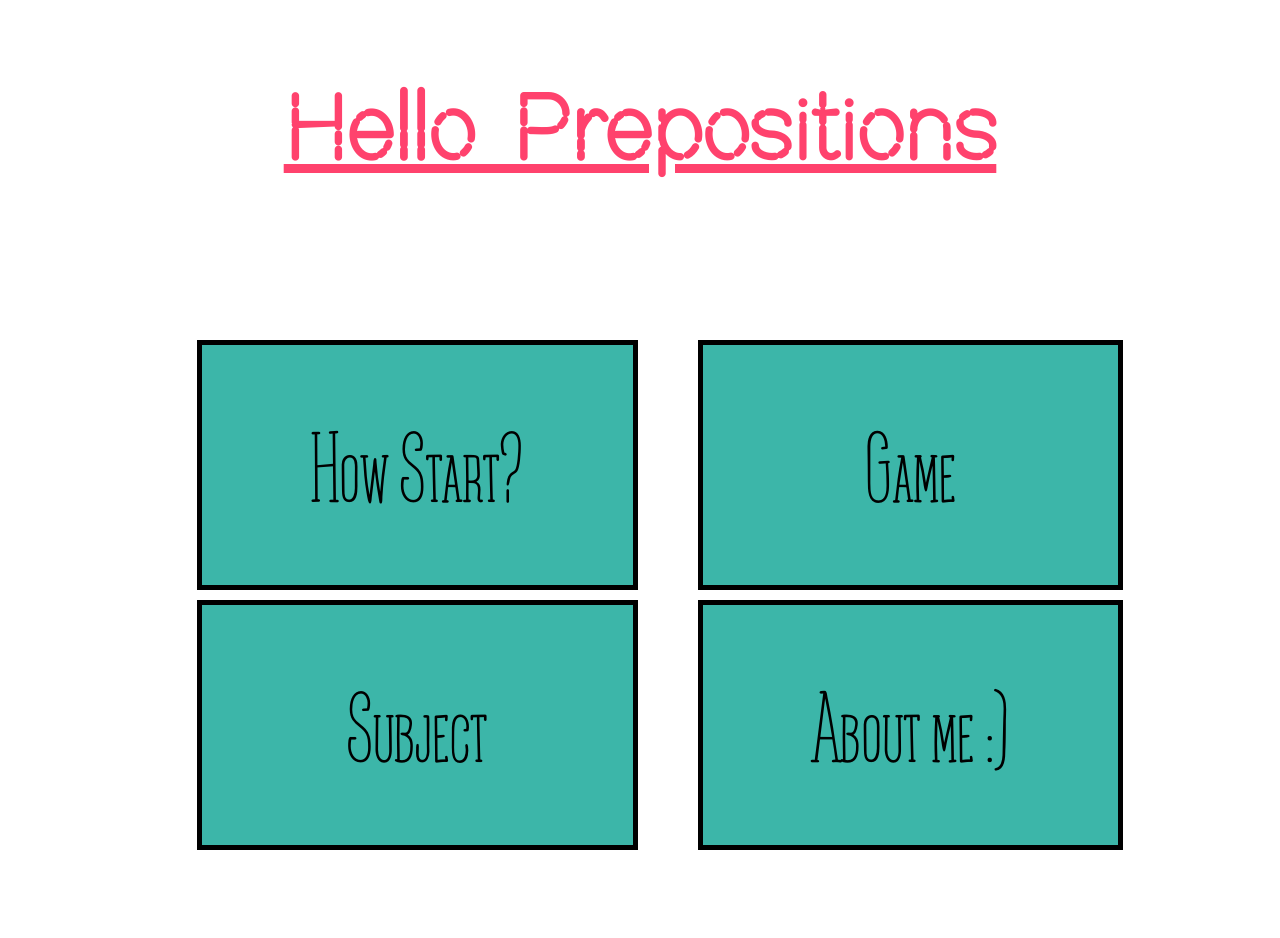
Repository: maraoli/Hello-Prepositions
Page: index.html
The author's editor kept a record of every edit. The page is drawn from the files as they stood at one moment, then again after the next edit.
The browser window is 1280 px wide. The pictures show the whole page.

Above is the page before.
Console error: ReferenceError: $ is not defined

After the next edit:
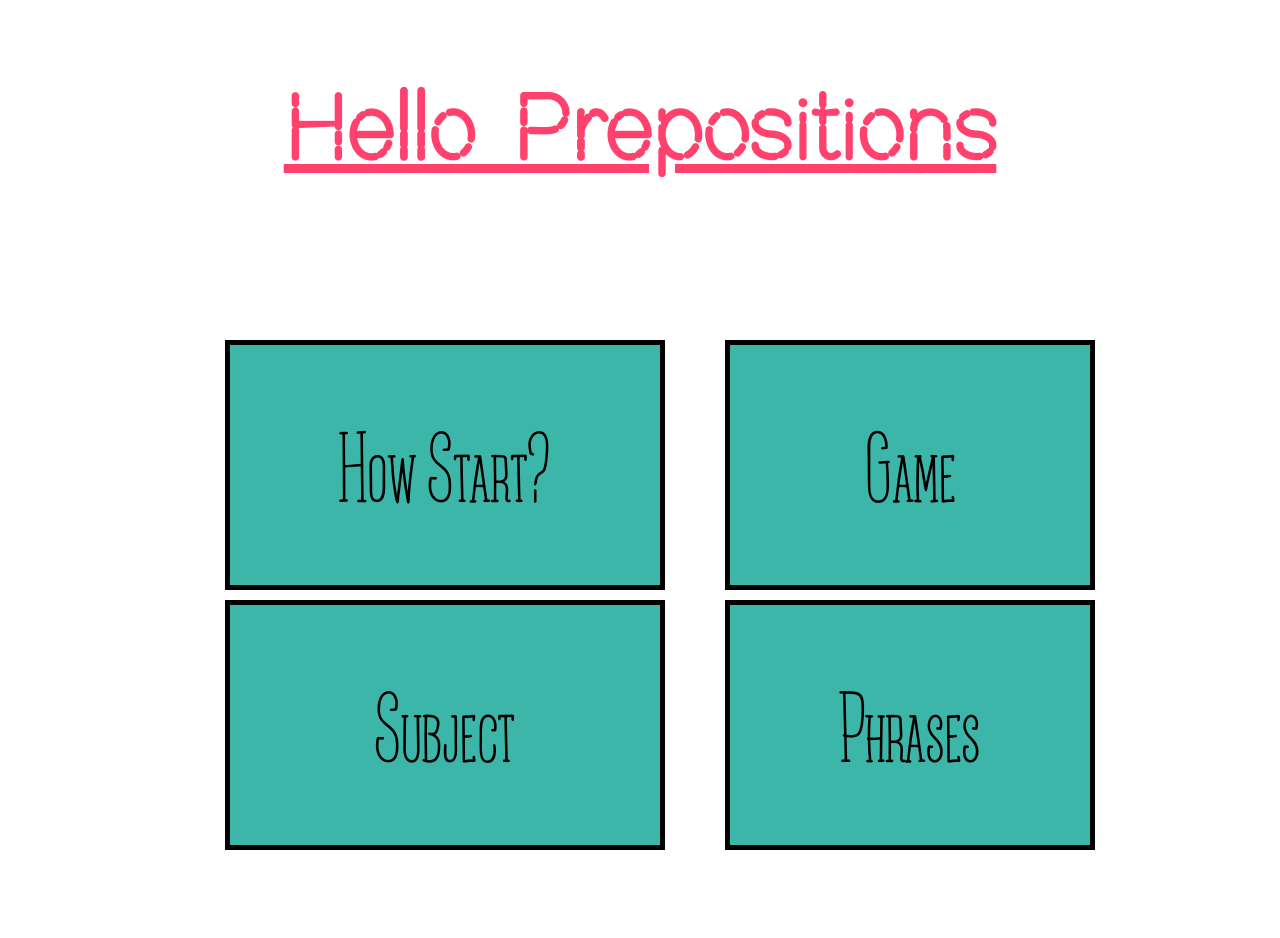
The edit:
--- a/index.html
+++ b/index.html
@@ -16,7 +16,7 @@
         <div id="direita">
         <ul>
             <li>Game</li>
-            <li>About me :)</li>
+            <li>Phrases</li>
         </ul>
         </div>
     </nav>
